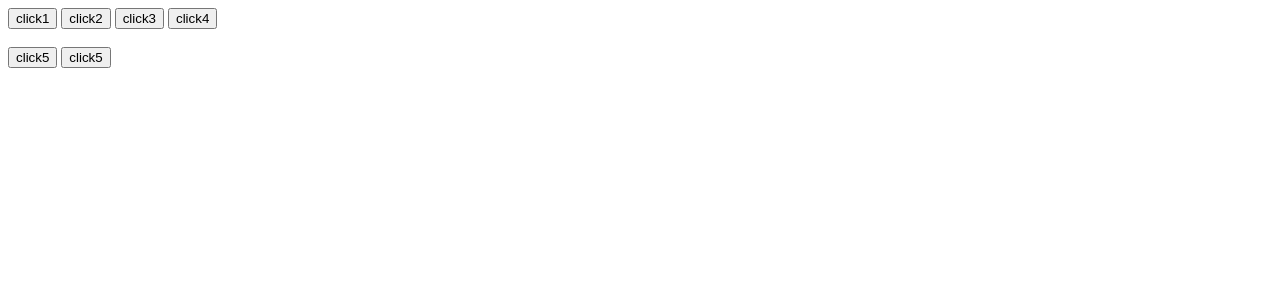
Repository: hong-bi/JsonStudy
Page: JsonApp01/WebContent/JsonTest09.html
These files come from the project's save history. The page is drawn as it stood at one moment and after the next save; the edit follows.
The browser window is 1280 px wide. The pictures show the whole page.

Above is the page before, as saved 2019-05-31 06:29:53.

### JsonApp01/WebContent/JsonTest09.html
<meta charset="UTF-8">
<script type="text/javascript">

	var obj4 =
	{
		"test" : null
	}

</script>

<form>
	<input type="button" value="click1" onclick="alert(obj4)">
	<input type="button" value="click2" onclick="alert(typeof obj4)">

	<input type="button" value="click3" onclick="alert(obj4.test)">
	<input type="button" value="click4" onclick="alert(typeof obj4.test)">

	<br><br>

	<input type="button" value="click5"
	onclick="obj4.test=false; alert(obj4.test)">

	<input type="button" value="click5"
	onclick="obj4.test=false; alert(typeof obj4.test)">

</form>

After the next save:
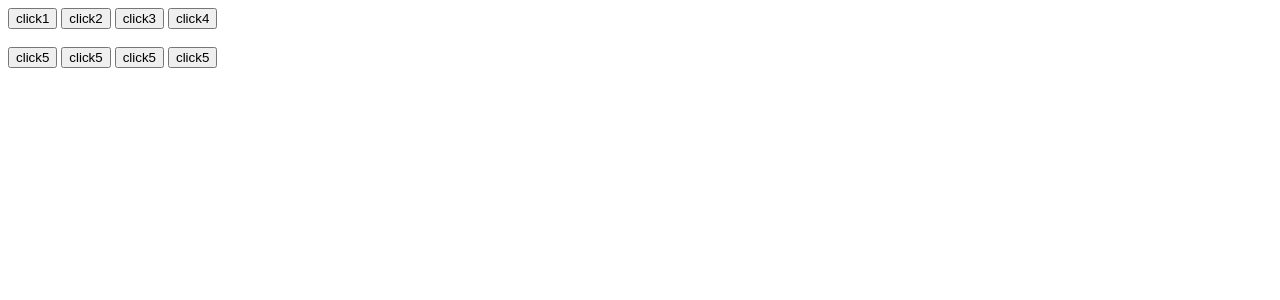
Saved 67 s later.
--- a/JsonApp01/WebContent/JsonTest09.html
+++ b/JsonApp01/WebContent/JsonTest09.html
@@ -23,4 +23,10 @@
 	<input type="button" value="click5"
 	onclick="obj4.test=false; alert(typeof obj4.test)">
 
+	<input type="button" value="click5"
+	onclick="obj4.test=123; alert(obj4.test)">
+
+	<input type="button" value="click5"
+	onclick="obj4.test=123; alert(typeof obj4.test)">
+
 </form>
